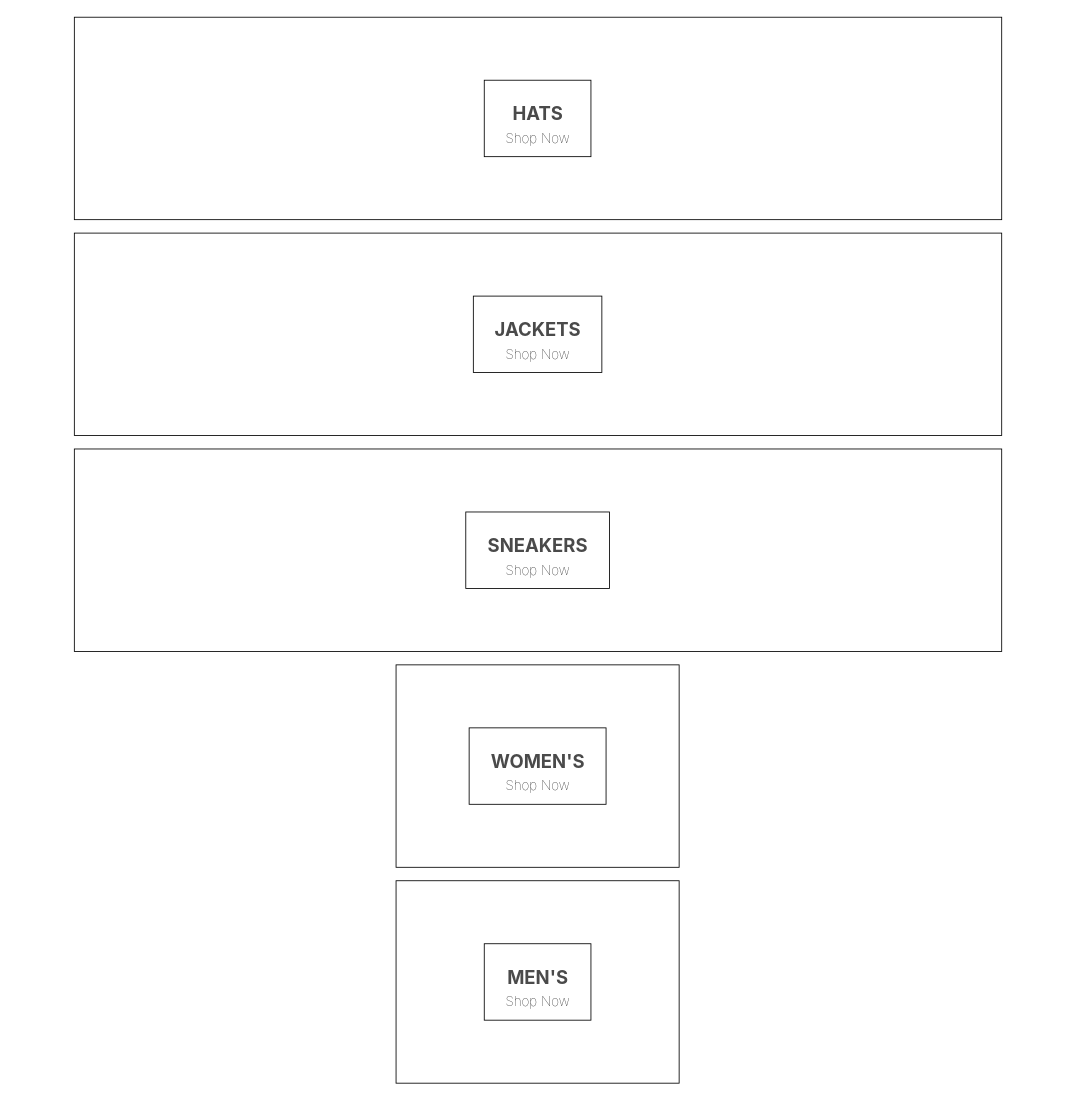
Repository: MikeTroianello/commerce-store
Page: /
These files come from the project's save history. The page is drawn as it stood at one moment and after the next save; the edit follows.
The browser window is 1280 px wide. The pictures show the whole page, at 84% of full size.
The project was rebuilt for these pictures with package versions that can differ from the ones it lists, and the page was loaded fresh each time. Also part of the build but not shown: src/App.css.

Above is the page before, as saved 2019-09-09 19:00:06.

After the next save:
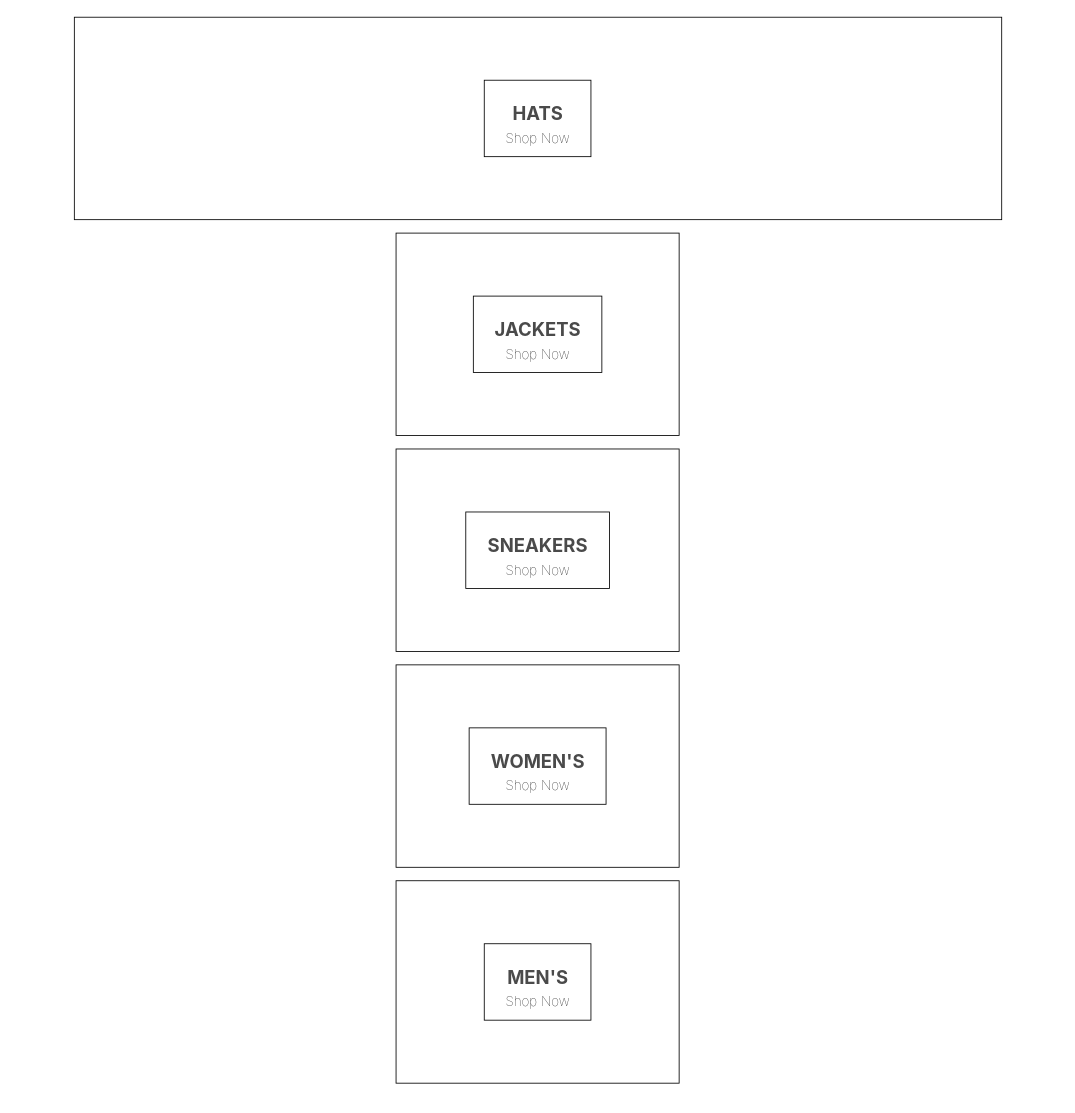
Saved 55 s later.
--- a/src/Homepage.component.js
+++ b/src/Homepage.component.js
@@ -12,20 +12,18 @@ export default function Homepage() {
           </div>
         </div>
       </div>
-      <div className='directory-menu'>
-        <div className='menu-item'>
-          <div className='content'>
-            <h1 className='title'>JACKETS</h1>
-            <span className='subtitle'>Shop Now</span>
-          </div>
+
+      <div className='menu-item'>
+        <div className='content'>
+          <h1 className='title'>JACKETS</h1>
+          <span className='subtitle'>Shop Now</span>
         </div>
       </div>
-      <div className='directory-menu'>
-        <div className='menu-item'>
-          <div className='content'>
-            <h1 className='title'>SNEAKERS</h1>
-            <span className='subtitle'>Shop Now</span>
-          </div>
+
+      <div className='menu-item'>
+        <div className='content'>
+          <h1 className='title'>SNEAKERS</h1>
+          <span className='subtitle'>Shop Now</span>
         </div>
       </div>
       <div className='menu-item'>
